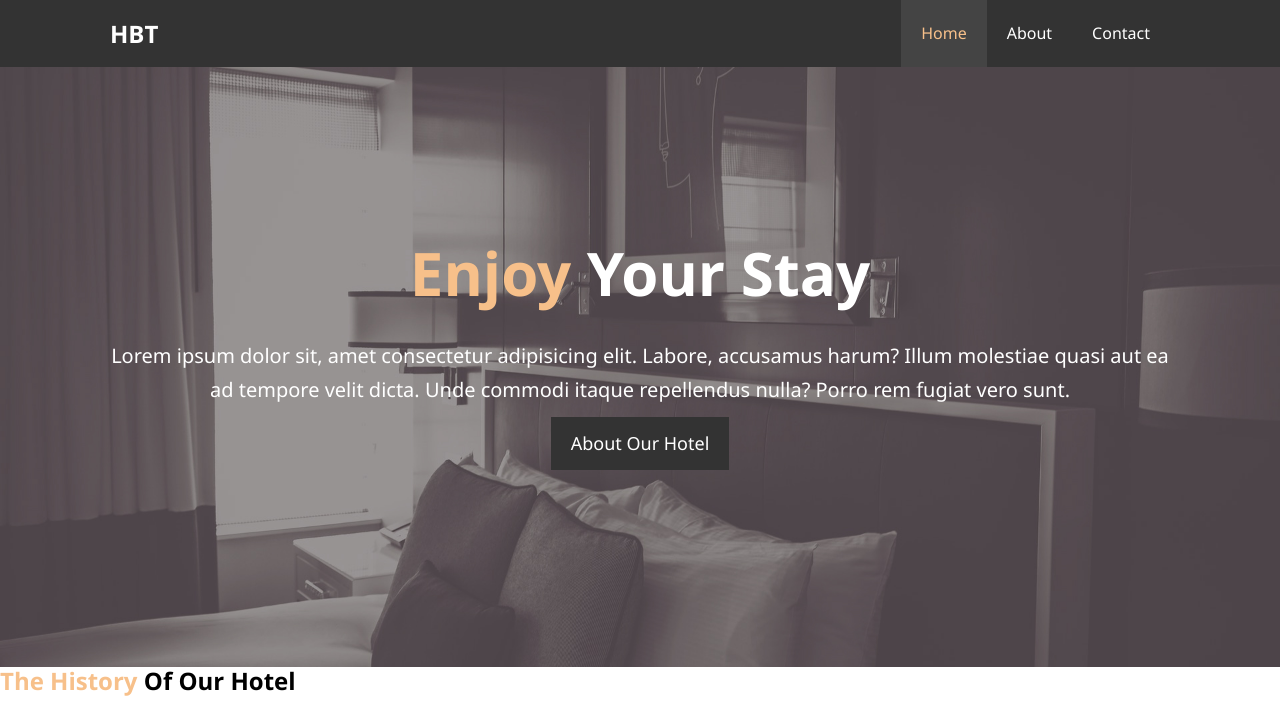
Repository: minhtien9/hotel-website
Page: index.html
The author's editor kept a copy of each file at every save. The page is drawn from the files as they stood at one save, then again after the next save.
The browser window is 1280 px wide. The pictures show the whole page.

Above is the page before, as saved 2021-08-14 11:45:49.

### index.html
<!DOCTYPE html>
<html lang="en">

<head>
    <meta charset="UTF-8" />
    <meta http-equiv="X-UA-Compatible" content="IE=edge" />
    <meta name="viewport" content="width=device-width, initial-scale=1.0" />
    <meta name="description" content="Welcome to the most extraordinary hotel in Boston Massachusetts" />
    <meta name="keywords" content="hotel, boston hotel, new england hotel" />
    <link rel="stylesheet" href="css/style.css" />
    <title>Hotel BT | Welcome</title>
</head>

<body>
    <header>
        <nav id="navbar">
            <div class="container">
                <h1 class="logo">
                    <a href="index.html"></a> HBT</h1>
                <ul>
                    <li><a class="current" href="index.html">Home</a></li>
                    <li><a href="about.html">About</a></li>
                    <li><a href="contact.html">Contact</a></li>
                </ul>
            </div>
        </nav>
        <div id="showcase">
            <div class="container">
                <div class="showcase-content">
                    <h1><span class="text-primary">Enjoy </span>Your Stay</h1>
                    <p class="lead">
                        Lorem ipsum dolor sit, amet consectetur adipisicing elit. Labore, accusamus harum? Illum molestiae quasi aut ea ad tempore velit dicta. Unde commodi itaque repellendus nulla? Porro rem fugiat vero sunt.
                    </p>
                    <a class="btn" href="about.html">About Our Hotel</a>
                </div>
            </div>
        </div>
    </header>
    <section id="home-info" class="bg-dark">
        <div class="info-img"></div>
        <div class="info-content">
            <h2><span class="text-primary">The History</span> Of Our Hotel</h2>
        </div>
    </section>
</body>

</html>

### css/style.css
/* Reset */

* {
    margin: 0;
    padding: 0;
    box-sizing: border-box;
}


/* Main Styling */

html,
body {
    font-family: 'Segoe UI', Tahoma, Geneva, Verdana, sans-serif;
    line-height: 1.7em;
}

a {
    color: #333;
    text-decoration: none;
}

h1,
h2,
h3 {
    padding-bottom: 20px;
}

p {
    margin: 10px 0;
}


/* Utility Classes */

.container {
    margin: auto;
    max-width: 1100px;
    overflow: auto;
    padding: 0 20px;
}

.text-primary {
    color: #f7c08a;
}

.lead {
    font-size: 20px;
}

.btn {
    display: inline-block;
    font-size: 18px;
    color: #fff;
    background: #333;
    padding: 13px 20px;
    border: none;
    cursor: pointer;
}

.btn:hover {
    background: #f7c08a;
    color: #333;
}


/* Navbar */

#navbar {
    background: #333;
    color: #fff;
    overflow: auto;
}

#navbar a {
    color: #fff;
}

#navbar h1 {
    float: left;
    padding-top: 20px;
}

#navbar ul {
    list-style: none;
    float: right;
}

#navbar ul li {
    float: left;
}

#navbar ul li a {
    display: block;
    padding: 20px;
    text-align: center;
}

#navbar ul li a:hover,
#navbar ul li a.current {
    background: #444;
    color: #f7c08a;
}


/* Show case */

#showcase {
    background: url('../img/showcase.jpg') no-repeat center center/cover;
    height: 600px;
}

#showcase .showcase-content {
    color: #fff;
    text-align: center;
    padding-top: 170px;
}

#showcase .showcase-content h1 {
    font-size: 60px;
    line-height: 1.2em;
}

#showcase .showcase-content p {
    padding: bottom 20px;
    line-height: 1.7em;
}

After the next save:
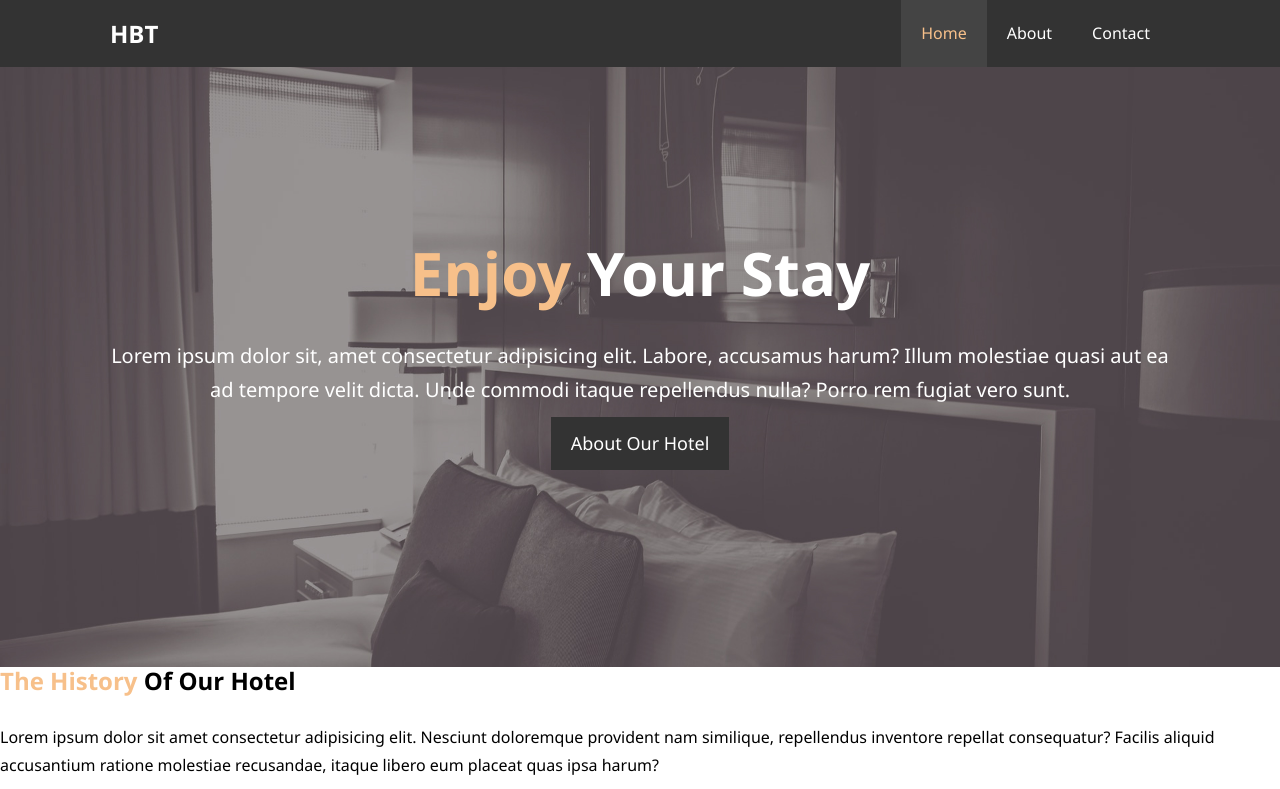
Saved 15 s later.
--- a/index.html
+++ b/index.html
@@ -40,6 +40,9 @@
         <div class="info-img"></div>
         <div class="info-content">
             <h2><span class="text-primary">The History</span> Of Our Hotel</h2>
+            <p>
+                Lorem ipsum dolor sit amet consectetur adipisicing elit. Nesciunt doloremque provident nam similique, repellendus inventore repellat consequatur? Facilis aliquid accusantium ratione molestiae recusandae, itaque libero eum placeat quas ipsa harum?
+            </p>
         </div>
     </section>
 </body>
